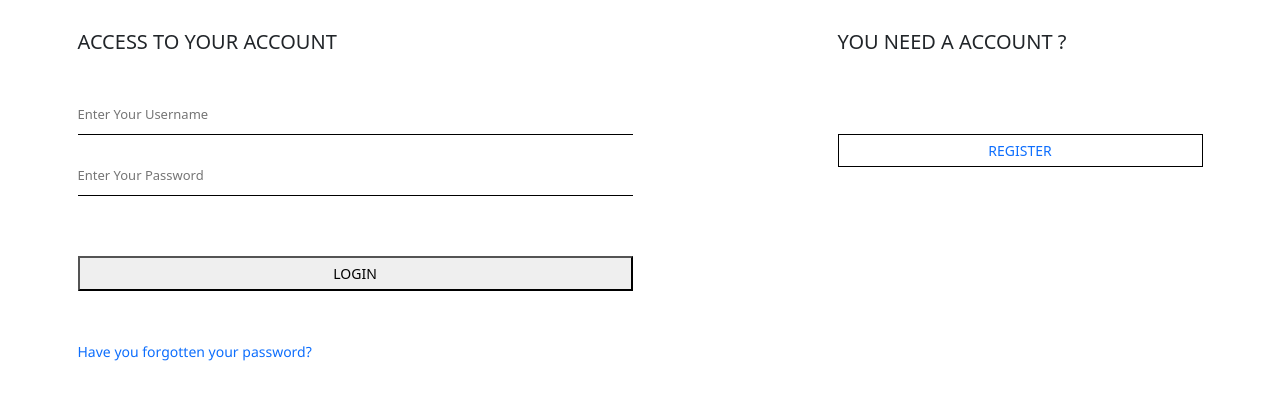
Repository: AnnPTit/ASM_Java04
Page: http://localhost/Asm/views/login
The author's editor kept a copy of each file at every save. The page is drawn from the files as they stood at one save, then again after the next save.
The browser window is 1280 px wide. The pictures show the whole page.
Some web libraries are served in a nearby version. The page is served by Tomcat 9. Other server files are loaded and not shown.

Above is the page before, as saved 2023-03-21 09:56:46.

### Asm/src/main/webapp/views/login.jsp
<%@ page language="java" contentType="text/html; charset=UTF-8"
	pageEncoding="UTF-8"%>
<!DOCTYPE html>
<html>
<head>
<meta charset="UTF-8">
<title>Login</title>
<link
	href="https://cdn.jsdelivr.net/npm/bootstrap@5.3.0-alpha1/dist/css/bootstrap.min.css"
	rel="stylesheet"
	integrity="sha384-GLhlTQ8iRABdZLl6O3oVMWSktQOp6b7In1Zl3/Jr59b6EGGoI1aFkw7cmDA6j6gD"
	crossorigin="anonymous">
<link rel="stylesheet"
	href="https://cdnjs.cloudflare.com/ajax/libs/font-awesome/6.3.0/css/all.min.css"
	integrity="sha512-SzlrxWUlpfuzQ+pcUCosxcglQRNAq/DZjVsC0lE40xsADsfeQoEypE+enwcOiGjk/bSuGGKHEyjSoQ1zVisanQ=="
	crossorigin="anonymous" referrerpolicy="no-referrer" />
<link rel="stylesheet" href="../assets/css/Login.css">
</head>
<body>
	<div class="container">
		<div class="row login__main">
			<div class="col-lg-6 col-sm-12">
				<h3 class="login__title">ACCESS TO YOUR ACCOUNT</h3>
				<h4>${error }</h4>
				<form action="${pageContext.request.contextPath }/views/login"
					class="login__input" method="post">
					<input type="text" id="em" placeholder="Enter Your Username"
						required name="username" /> <input type="password" required
						placeholder="Enter Your Password" name="password" />
					<button class="login__btn" type="submit">Login</button>
				</form>

				<a href="#login-forget" class="forget__login">Have you forgotten
					your password?</a>
			</div>
			<div class="col-lg-2"></div>
			<div class="col-lg-4 col-sm-12">
				<h3 class="login__title">YOU NEED A ACCOUNT ?</h3>
				<div class="login__input">
					<a class="login__btn register__btn--log"
						href="${pageContext.request.contextPath }/views/register">Register</a>
				</div>
			</div>
		</div>
	</div>

</body>
</html>

### Asm/src/main/java/controller/LoginController.java
package controller;

import java.io.IOException;

import javax.mail.MessagingException;
import javax.mail.internet.AddressException;
import javax.servlet.ServletException;
import javax.servlet.annotation.WebServlet;
import javax.servlet.http.HttpServlet;
import javax.servlet.http.HttpServletRequest;
import javax.servlet.http.HttpServletResponse;
import javax.servlet.http.HttpSession;

import entity.User;
import repository.UserRepository;
import util.EmailUtility;

/**
 * Servlet implementation class LoginController
 */
@WebServlet(urlPatterns = { "/views/login", "/views/register", "/views/forgot", "/forgot", "/views/changepass",
		"/changepass" })
public class LoginController extends HttpServlet {
	private static final long serialVersionUID = 1L;

	/**
	 * @see HttpServlet#HttpServlet()
	 */
	UserRepository userRepository = new UserRepository();
	EmailUtility emailUtility = new EmailUtility();

	public LoginController() {
		super();
		// TODO Auto-generated constructor stub
	}

	/**
	 * @see HttpServlet#doGet(HttpServletRequest request, HttpServletResponse
	 *      response)
	 */
	protected void doGet(HttpServletRequest request, HttpServletResponse response)
			throws ServletException, IOException {
//		request.getRequestDispatcher("/views/login.jsp").forward(request, response);

		String uri = request.getRequestURI();
		if (uri.contains("login")) {
			String username = request.getParameter("username");
			String password = request.getParameter("password");
			User user = new User();
			if (username == null) {
				request.getRequestDispatcher("/views/login.jsp").forward(request, response);
				return;
			} else {
				user = userRepository.logIn(username, password);
			}

			if (user != null) {
				HttpSession session = request.getSession();
				session.setAttribute("username", username);
				session.setAttribute("password", password);
				String path = request.getContextPath();
				if (user.getIsAdmin() == true) {
					response.sendRedirect(path + "/admins/Admin");
				} else {
					response.sendRedirect(path + "/views/video");
				}

			} else {
				request.setAttribute("error", "This account is not valid!");
				request.getRequestDispatcher("/views/login.jsp").forward(request, response);
			}

		} else if (uri.contains("register")) {
			request.getRequestDispatcher("/views/Register.jsp").forward(request, response);
		} else if (uri.contains("forgot")) {
			request.getRequestDispatcher("/views/Forget.jsp").forward(request, response);
		} else if (uri.contains("changepass")) {
			request.getRequestDispatcher("/views/ChangePass.jsp").forward(request, response);
		}

	}

	/**
	 * @see HttpServlet#doPost(HttpServletRequest request, HttpServletResponse
	 *      response)
	 */
	protected void doPost(HttpServletRequest request, HttpServletResponse response)
			throws ServletException, IOException {
		String uri = request.getRequestURI();
		if (uri.contains("forgot")) {
			try {
				this.sendNewPass(request, response);
			} catch (MessagingException e) {
				// TODO Auto-generated catch block
				e.printStackTrace();
			}
		} else if (uri.contains("changepass")) {
			this.changePass(request, response);
		}
	}

	private void changePass(HttpServletRequest request, HttpServletResponse response)
			throws IOException, ServletException {
		HttpSession session = request.getSession();
		String username = (String) session.getAttribute("username");
		String path = request.getContextPath();
		String pass = request.getParameter("password");
		String newPass = request.getParameter("newPass");
		String rePass = request.getParameter("reNewPass");

		if (!newPass.equals(rePass)) {
			request.setAttribute("mess", "Password does not match ");
			request.getRequestDispatcher("/views/ChangePass.jsp").forward(request, response);
			return;
		}
		if (username == null) {
			request.setAttribute("mess", "Please login frist!");
			request.getRequestDispatcher("/views/ChangePass.jsp").forward(request, response);

		} else {
			User user = userRepository.getUserbyUserName(username);
			if (!user.getPassword().equals(pass)) {
				request.setAttribute("mess", "Password incorect! ");
				request.getRequestDispatcher("/views/ChangePass.jsp").forward(request, response);
				return;
			} else {
				user.setPassword(newPass);
				userRepository.updateUser(user);
				System.out.println("Cap Nhat Mat Khau Thanh Cong");
//				request.getRequestDispatcher("/views/ChangePass").forward(request, response);
				response.sendRedirect(path + "/views/login");
			}

		}
	}

	private void sendNewPass(HttpServletRequest request, HttpServletResponse response)
			throws AddressException, MessagingException, ServletException, IOException {
		String email = request.getParameter("email");
		User user = userRepository.getUserByEmail(email);
		if (user == null) {
			HttpSession session = request.getSession();
			session.setAttribute("mess", "Email is not valid");
			String path = request.getContextPath();
			request.getRequestDispatcher("/views/Forget.jsp").forward(request, response);
			return;
		}

		String pass = user.getPassword();
		emailUtility.guiMail(email, "Your password is " + pass);
		HttpSession session = request.getSession();
		session.setAttribute("mess", "Password was sended to your email");
		String path = request.getContextPath();
		response.sendRedirect(path + "/views/login");
	}

}

### Asm/src/main/java/util/EmailUtility.java
package util;

import java.util.Properties;

import javax.mail.Authenticator;
import javax.mail.Message;
import javax.mail.MessagingException;
import javax.mail.Multipart;
import javax.mail.PasswordAuthentication;
import javax.mail.Session;
import javax.mail.Transport;
import javax.mail.internet.AddressException;
import javax.mail.internet.InternetAddress;
import javax.mail.internet.MimeBodyPart;
import javax.mail.internet.MimeMessage;
import javax.mail.internet.MimeMultipart;

public class EmailUtility {
	private final String emailSubject = "Pham An Want with you !";

	public void guiMail(String emailNhan, String textMessage) throws AddressException, MessagingException {

		final String emailGui = "PhamThanhAnzwz@gmail.com";
		final String matKhau = "wgfiytddwlxepcid";

		Properties prop = new Properties();

		prop.put("mail.smtp.auth", true);
		prop.put("mail.smtp.starttls.enable", "true");
		prop.put("mail.smtp.host", "smtp.gmail.com");
		prop.put("mail.smtp.port", "587");
		prop.put("mail.smtp.ssl.protocols", "TLSv1.2");
		prop.put("mail.smtp.ssl.trust", "smtp.gmail.com");

		Session session = Session.getInstance(prop, new Authenticator() {
			@Override
			protected PasswordAuthentication getPasswordAuthentication() {
				return new PasswordAuthentication(emailGui, matKhau);
			}
		});

		Message message = new MimeMessage(session);
		message.setFrom(new InternetAddress(emailGui));
		message.setRecipients(Message.RecipientType.TO, InternetAddress.parse(emailNhan));

		// Tiêu đề
		message.setSubject(emailSubject);

		// Nội dung
		MimeBodyPart mimeBodyPart = new MimeBodyPart();
		mimeBodyPart.setContent(textMessage, "text/html; charset=utf-8");

		Multipart multipart = new MimeMultipart();
		multipart.addBodyPart(mimeBodyPart);

		message.setContent(multipart);

		Transport.send(message);
	}
}

### Asm/src/main/java/entity/User.java
package entity;

import java.util.List;

import javax.persistence.Column;
import javax.persistence.Entity;
import javax.persistence.FetchType;
import javax.persistence.GeneratedValue;
import javax.persistence.GenerationType;
import javax.persistence.Id;
import javax.persistence.OneToMany;
import javax.persistence.Table;

@Entity
@Table(name = "`user`")
public class User {

	@Id
	@Column(name = "id")
	@GeneratedValue(strategy = GenerationType.IDENTITY)
	private Integer id;
	@Column(name = "username")
	private String username;
	@Column(name = "password")
	private String password;
	@Column(name = "email")
	private String email;
	@Column(name = "isAdmin")
	private Boolean isAdmin;
	@Column(name = "isActive")
	private Boolean isActive;
	@OneToMany(mappedBy = "user", fetch = FetchType.LAZY)
	private List<History> liHistories;

	public User() {
		super();
		// TODO Auto-generated constructor stub
	}

	public User(Integer id, String username, String password, String email, Boolean isAdmin, Boolean isActive,
			List<History> liHistories) {
		super();
		this.id = id;
		this.username = username;
		this.password = password;
		this.email = email;
		this.isAdmin = isAdmin;
		this.isActive = isActive;
		this.liHistories = liHistories;
	}

	public Integer getId() {
		return id;
	}

	public void setId(Integer id) {
		this.id = id;
	}

	public String getUsername() {
		return username;
	}

	public void setUsername(String username) {
		this.username = username;
	}

	public String getPassword() {
		return password;
	}

	public void setPassword(String password) {
		this.password = password;
	}

	public String getEmail() {
		return email;
	}

	public void setEmail(String email) {
		this.email = email;
	}

	public Boolean getIsAdmin() {
		return isAdmin;
	}

	public void setIsAdmin(Boolean isAdmin) {
		this.isAdmin = isAdmin;
	}

	public Boolean getIsActive() {
		return isActive;
	}

	public void setIsActive(Boolean isActive) {
		this.isActive = isActive;
	}

	public List<History> getLiHistories() {
		return liHistories;
	}

	public void setLiHistories(List<History> liHistories) {
		this.liHistories = liHistories;
	}

}

### Asm/src/main/webapp/assets/css/Login.css
@charset "UTF-8";

:root { -
	-primary-color: #1c1d1b; -
	-primary--font: "Kanit", sans-serif; -
	-white-color: #fff; -
	-balck--color: #000;
}

html {
	margin: 0;
	padding: 0;
	font-size: 62.5%;
}

.login__main {
	min-height: 550px;
}

.login__title {
	font-size: 2rem;
	margin-top: 30px;
	margin-bottom: 30px;
	text-transform: uppercase;
}

.login__input {
	display: flex;
	flex-direction: column;
}

.login__input input {
	border: none;
	outline: none;
	border-bottom: 1px solid #000;
	line-height: 2rem;
	padding: 10px 0;
	margin: 10px 0;
	font-size: 1.3rem;
}

.login__btn {
	background-color: var(- -primary-color);
	color: var(- -white-color);
	font-size: 1.4rem;
	text-transform: uppercase;
	padding: 5px 0;
	margin-top: 50px;
	margin-bottom: 50px;
	text-align: center;
	text-decoration: none;
}

.login__btn:hover {
	opacity: 0.8;
}

.forget__login {
	text-decoration: none;
	color: var(- -primary-color);
	font-size: 1.4rem;
	font-family: "Segoe UI", Tahoma, Geneva, Verdana, sans-serif;
}

.forget__login:hover {
	text-decoration: underline;
}

.register__btn--log {
	background-color: transparent;
	color: var(- -balck--color);
	border: 1px solid #000;
	text-align: center;
	text-decoration: none;
}
/* Register */
.register__main {
	margin: 50px auto;
}

.register__btn {
	width: 150px;
	height: 40px;
	background-color: #000;
	color: #fff;
	font-size: 1.4rem;
	text-align: center;
}

After the next save:
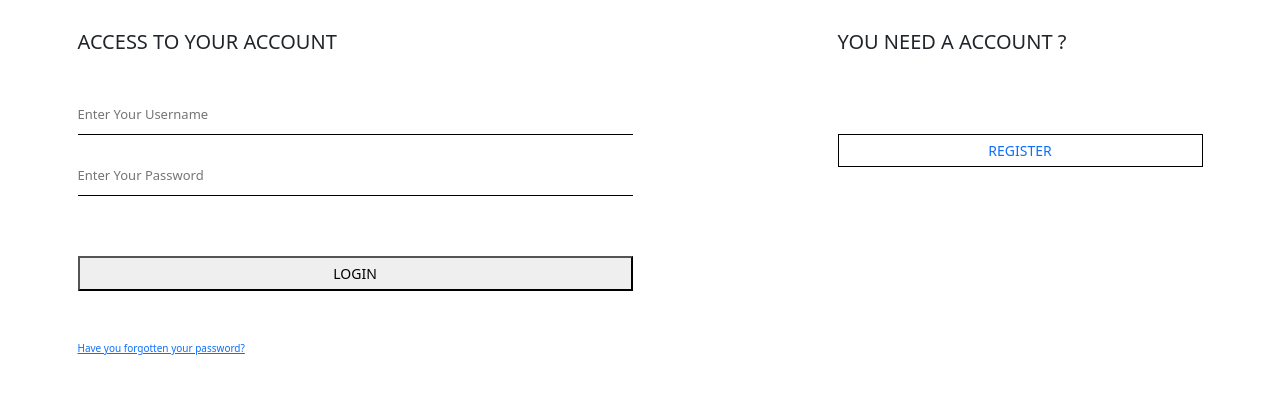
Saved 3 min 12 s later.
--- a/Asm/src/main/webapp/views/login.jsp
+++ b/Asm/src/main/webapp/views/login.jsp
@@ -30,8 +30,9 @@
 					<button class="login__btn" type="submit">Login</button>
 				</form>
 
-				<a href="#login-forget" class="forget__login">Have you forgotten
-					your password?</a>
+				<a href="#login-forget"
+					class="${pageContext.request.contextPath }/views/forgot">Have
+					you forgotten your password?</a>
 			</div>
 			<div class="col-lg-2"></div>
 			<div class="col-lg-4 col-sm-12">

After the save that followed:
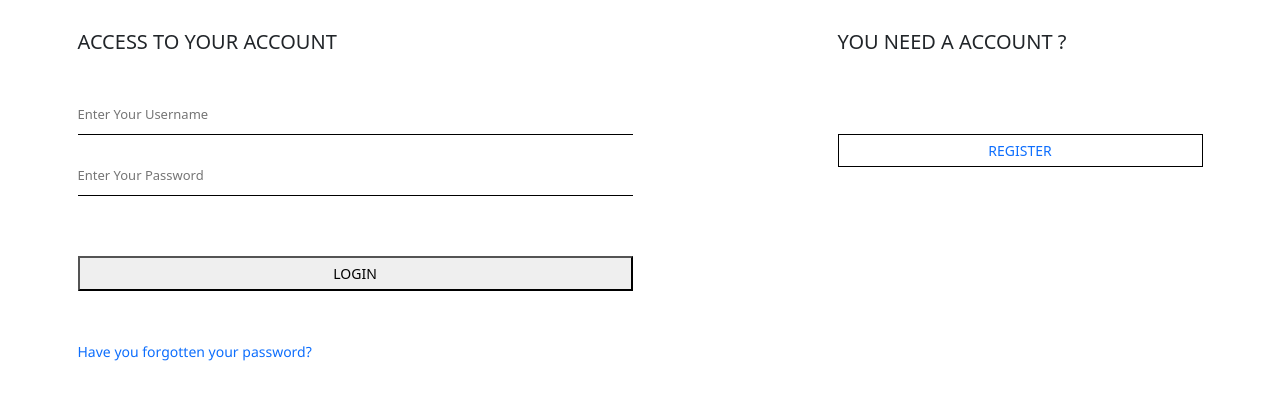
Saved 10 min 33 s later.
--- a/Asm/src/main/webapp/views/login.jsp
+++ b/Asm/src/main/webapp/views/login.jsp
@@ -30,9 +30,8 @@
 					<button class="login__btn" type="submit">Login</button>
 				</form>
 
-				<a href="#login-forget"
-					class="${pageContext.request.contextPath }/views/forgot">Have
-					you forgotten your password?</a>
+				<a href="${pageContext.request.contextPath }/views/forgot" class="forget__login">Have you forgotten
+					your password?</a>
 			</div>
 			<div class="col-lg-2"></div>
 			<div class="col-lg-4 col-sm-12">
